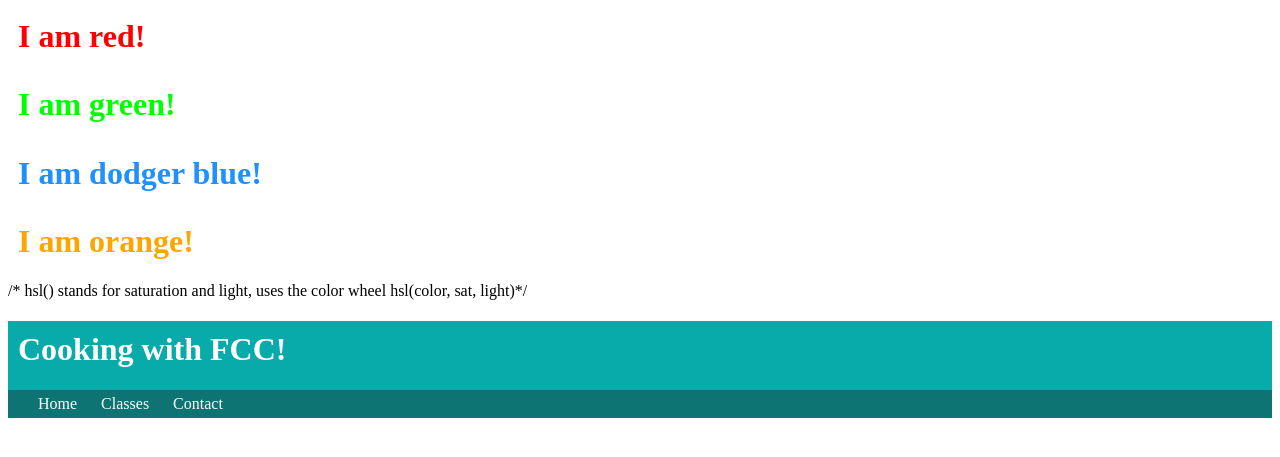
Repository: betsya97/freeCodeCamp_WebBasics
Page: html/colors.html
An editor plug-in stored every save of this project. The page is shown before and after a run of saves, followed by the edit.
The browser window is 1280 px wide. The pictures show the whole page.

Above is the page before, as saved 2021-03-07 23:14:47.

### html/colors.html
<style>
    .red-text {
      color: #FF0000;
    }
    .green-text {
      color:#0F0;
    }
    .dodger-blue-text {
      color: #1E90FF;
    }
    .orange-text {
      color: #FFA500;
    }
  </style>

  <h1 class="red-text">I am red!</h1>

  <h1 class="green-text">I am green!</h1>

  <h1 class="dodger-blue-text">I am dodger blue!</h1>

  <h1 class="orange-text">I am orange!</h1>
  <!--two digits for  R, two for G, two for Blue-->
  <!--or  1 digit for R, 1 for G, 1 for Blue -->
  <!--alternative: use rgb(0,0,0);-->

/* hsl() stands for saturation and light, uses the color wheel hsl(color, sat, light)*/
  <style>
    header {
      background-color: hsl(180, 90%, 35%);
      color: #FFFFFF;
    }

    nav {
      background-color: hsl(180,80%,25%);
    }

    h1 {
      text-indent: 10px;
      padding-top: 10px;
    }

    nav ul {
      margin: 0px;
      padding: 5px 0px 5px 30px;
    }

    nav li {
      display: inline;
      margin-right: 20px;
    }

    a {
      text-decoration: none;
      color: inherit;
    }
  </style>

  <header>
    <h1>Cooking with FCC!</h1>
    <nav>
      <ul>
        <li><a href="#">Home</a></li>
        <li><a href="#">Classes</a></li>
        <li><a href="#">Contact</a></li>
      </ul>
    </nav>
  </header>

After the next 4 saves:
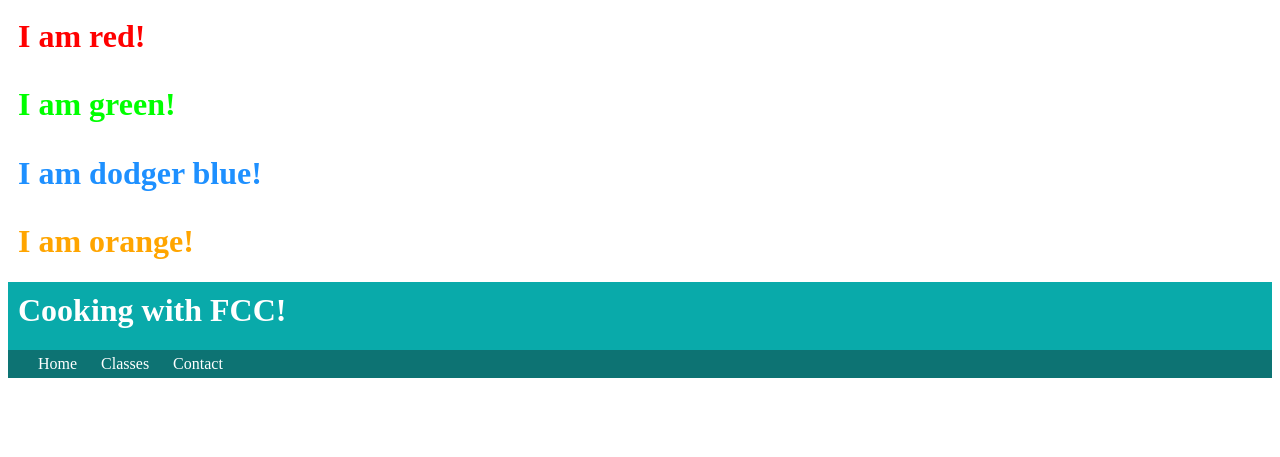
The 4 saves are shown as one change because they came seconds apart.
The last was saved 11 s later.
--- a/html/colors.html
+++ b/html/colors.html
@@ -23,8 +23,7 @@
   <!--two digits for  R, two for G, two for Blue-->
   <!--or  1 digit for R, 1 for G, 1 for Blue -->
   <!--alternative: use rgb(0,0,0);-->
-
-/* hsl() stands for saturation and light, uses the color wheel hsl(color, sat, light)*/
+<!-- hsl() stands for saturation and light, uses the color wheel hsl(color, sat, light)*/-->
   <style>
     header {
       background-color: hsl(180, 90%, 35%);
